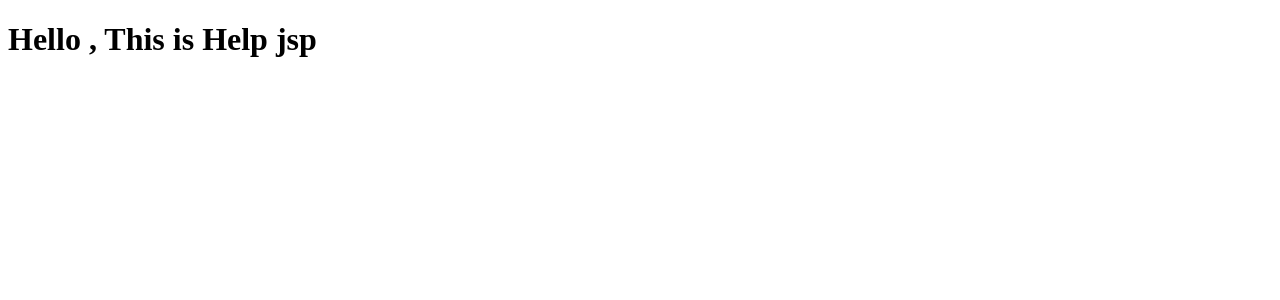
Repository: ashwin2-0/MineEclipseProjects
Page: http://localhost/springMVC/help
An editor plug-in stored every save of this project. The page is shown before and after the next save, followed by the edit.
The browser window is 1280 px wide. The pictures show the whole page.
The page is served by Tomcat 9.

Above is the page before, as saved 2025-04-10 18:49:07.

After the next save:
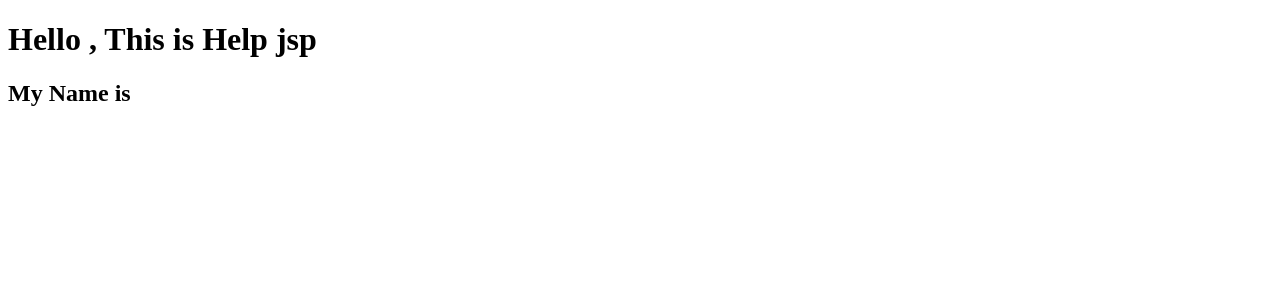
Saved 38 s later.
--- a/Spring_Core/SpringMVC/springMVC/src/main/webapp/WEB-INF/views/help.jsp
+++ b/Spring_Core/SpringMVC/springMVC/src/main/webapp/WEB-INF/views/help.jsp
@@ -8,5 +8,6 @@
 </head>
 <body>
 <h1> Hello , This is Help jsp</h1>
+<h2> My Name is</h2>
 </body>
 </html>
